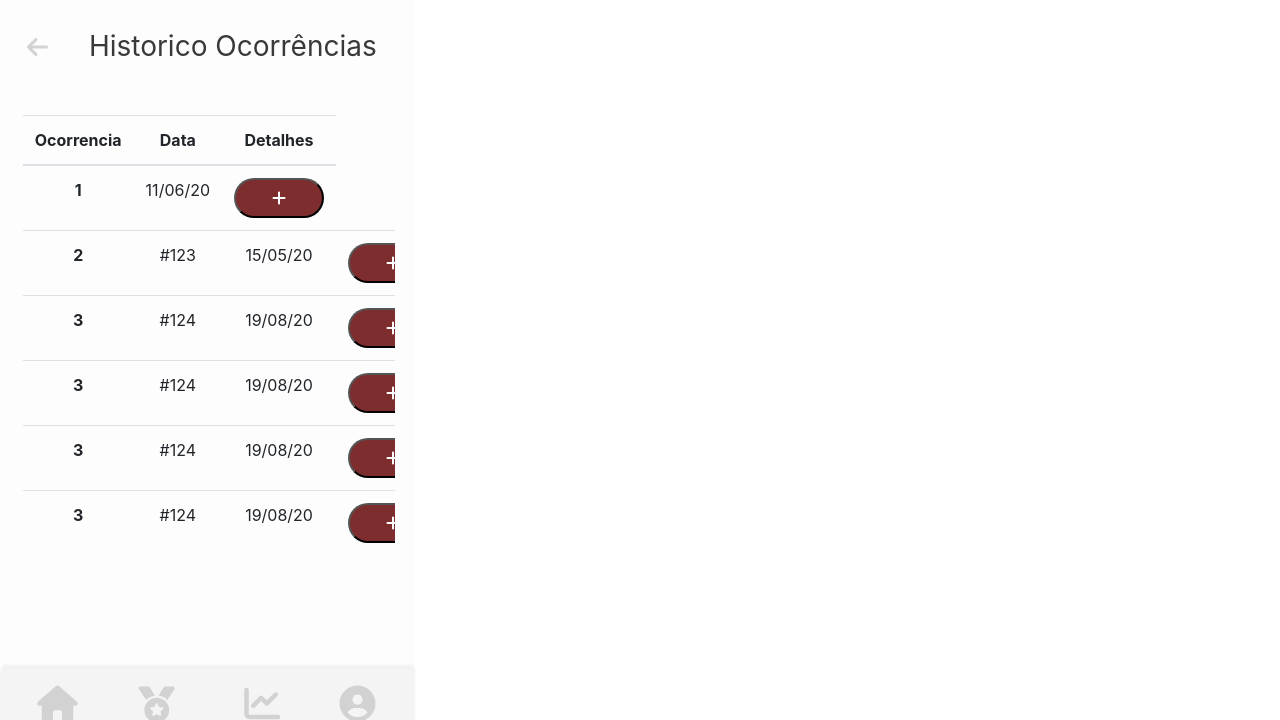
Repository: grupodetrabalhoeficiente/D213
Page: D213/Frontend/HistoricoOcorrencias.html
The author's editor kept a record of every edit. The page is drawn from the files as they stood at one moment, then again after the next edit.
The browser window is 1280 px wide. The pictures show the whole page.
The page's requests for data from a server got no answer. Some web libraries are served in a nearby version.

Above is the page before.

### D213/Frontend/HistoricoOcorrencias.html
<!DOCTYPE html>
<html>

<head>
    <meta name="viewport" content="width=device-width, initial-scale=1, maximum-scale=1, user-scalable=no">
    <meta charset="utf-8">
    <link href="https://fonts.googleapis.com/css?family=Inter&display=swap" rel="stylesheet" />
    <link href="https://fonts.googleapis.com/css?family=PT+Sans&display=swap" rel="stylesheet" />
    <link href="All.css" rel="stylesheet" />
    <script src="https://kit.fontawesome.com/e195162fd2.js" crossorigin="anonymous"></script>
    <link rel="stylesheet" href="https://stackpath.bootstrapcdn.com/bootstrap/4.5.2/css/bootstrap.min.css" integrity="sha384-JcKb8q3iqJ61gNV9KGb8thSsNjpSL0n8PARn9HuZOnIxN0hoP+VmmDGMN5t9UJ0Z" crossorigin="anonymous">
    <title>Secure4All</title>
</head>

<body>
<div class="screen">
    <!--navbar-->
        <a><i id="goBack"class="goBack fas fa-arrow-left fa-2x"></i></a>
        <span class="titleHistoricoOcorrencias">Historico Ocorrências</span>
    <!--tabela-->
    <div class="historicoOcorrenciasDiv">
<table id="table"class="table">
  <thead>
    <tr>
      <th scope="col">Ocorrencia</th>
      <th scope="col">Data</th>
      <th scope="col">Detalhes</th>
    </tr>
  </thead>
  <tbody>
    <tr>
      <th scope="row">1</th>
      <td>11/06/20</td>
      <td>
          <button class="VerMais"><i class="fas fa-plus"></i></button>
      </td>
    </tr>
    <tr>
      <th scope="row">2</th>
      <td>#123</td>
      <td>15/05/20</td>
      <td>
           <button class="VerMais"><i class="fas fa-plus"></i></button>
      </td>
    </tr>
    <tr>
      <th scope="row">3</th>
      <td>#124</td>
      <td>19/08/20</td>
      <td>
          <button class="VerMais"><i class="fas fa-plus"></i></button>
      </td>
    </tr>
    <tr>
      <th scope="row">3</th>
      <td>#124</td>
      <td>19/08/20</td>
      <td>
          <button class="VerMais"><i class="fas fa-plus"></i></button>
      </td>
    </tr>
    <tr>
      <th scope="row">3</th>
      <td>#124</td>
      <td>19/08/20</td>
      <td>
          <button class="VerMais"><i class="fas fa-plus"></i></button>
      </td>
    </tr>
    <tr>
      <th scope="row">3</th>
      <td>#124</td>
      <td>19/08/20</td>
      <td>
          <button class="VerMais"><i class="fas fa-plus"></i></button>
      </td>
    </tr>
  </tbody>
</table>
</div>
<!--menubar-->
<nav class="menubar fixed-bottom">
    <ul class="nav navbar-nav">
        <li><a href="MenuPrincipal.html"><i class="fa fa-home fa-3x" id:"home"></i></a></li>
        <li><a href="Ranks.html"><i class="fas fa-medal fa-3x" id:"medal"></i></a></li>
        <li><a href="#"><i class="fas fa-chart-line fa-3x" id:"chart"></i></a></li>
        <li><a href="PerfilUpdate.html"><i class="fas fa-user-circle fa-3x" id:"profile"></i></a></li>
    </ul>
</nav>
</div>
<script src="https://code.jquery.com/jquery-3.5.1.slim.min.js" integrity="sha384-DfXdz2htPH0lsSSs5nCTpuj/zy4C+OGpamoFVy38MVBnE+IbbVYUew+OrCXaRkfj" crossorigin="anonymous"></script>
    <script src="https://cdn.jsdelivr.net/npm/bootstrap@4.5.3/dist/js/bootstrap.bundle.min.js" integrity="sha384-ho+j7jyWK8fNQe+A12Hb8AhRq26LrZ/JpcUGGOn+Y7RsweNrtN/tE3MoK7ZeZDyx" crossorigin="anonymous"></script>
    <script type="text/javascript" src="./fetch/all_occurrence.controller.js"></script>
</body>

</html>

### D213/Frontend/fetch/all_occurrence.controller.js
let rows = {};
let obj = [];
$(document).ready(function() {
    fillTable();
})


function fillTable() {
    fetch('https://bdc5dcf6bca04b39ab10a706cdb79f29.vfs.cloud9.us-east-1.amazonaws.com/occurrences/')
        .then(res => res.json())
        .then((out) => {
            $('#table tbody').empty();
            $.each(out, function(index, value) {
                obj.push({ "id_occurrence": value.id_occurrence });
                $('#table tbody').append('<tr class="fullRow"><th class ="id_occurrence" scope="row">' + value.id_occurrence + '</th><td>' + value.arrival /*.slice(0, 10)*/ + '</td> <td>  <input id="' + value.id_occurrence + '"type="button" class="VerMais ' + value.id_occurrence + '" value="Ver Mais"/> </td> </tr>')
            });
            console.log(obj);
            rows = JSON.stringify(obj);
            let panels = document.querySelectorAll(".VerMais");
            for (var i = 0; i < panels.length; i++) {
                panels[i].addEventListener("click", openPanelHandler);
            }
        }).catch(err => console.error(err));
}

function OpenPanel(elem) {
    localStorage.setItem("id_occurrence", elem.id);
    console.log(localStorage.id_occurrence);
    window.location.replace("OcorrenciaDados.html");
}

function openPanelHandler(event) {
    OpenPanel(this);
}

Loaded but not shown: D213/Frontend/All.css (library)

After the next edit:
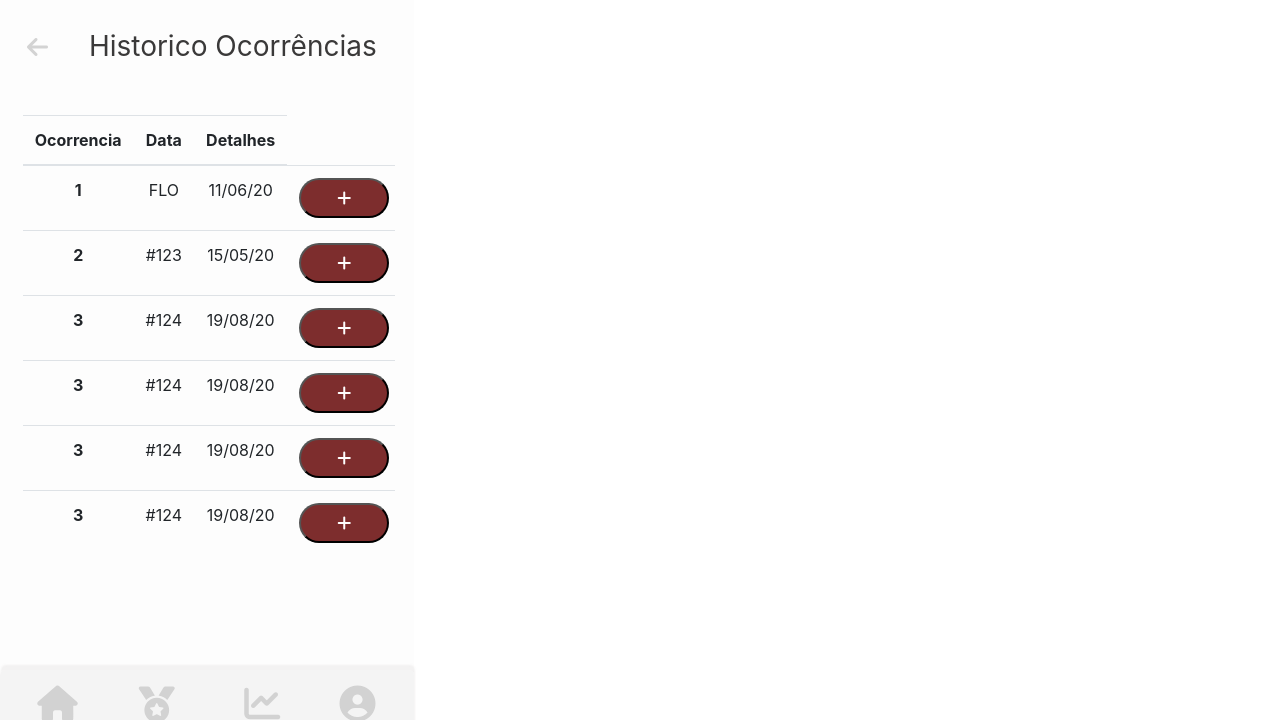
The edit:
--- a/D213/Frontend/HistoricoOcorrencias.html
+++ b/D213/Frontend/HistoricoOcorrencias.html
@@ -30,6 +30,7 @@
   <tbody>
     <tr>
       <th scope="row">1</th>
+      <td>FLO</td>
       <td>11/06/20</td>
       <td>
           <button class="VerMais"><i class="fas fa-plus"></i></button>
